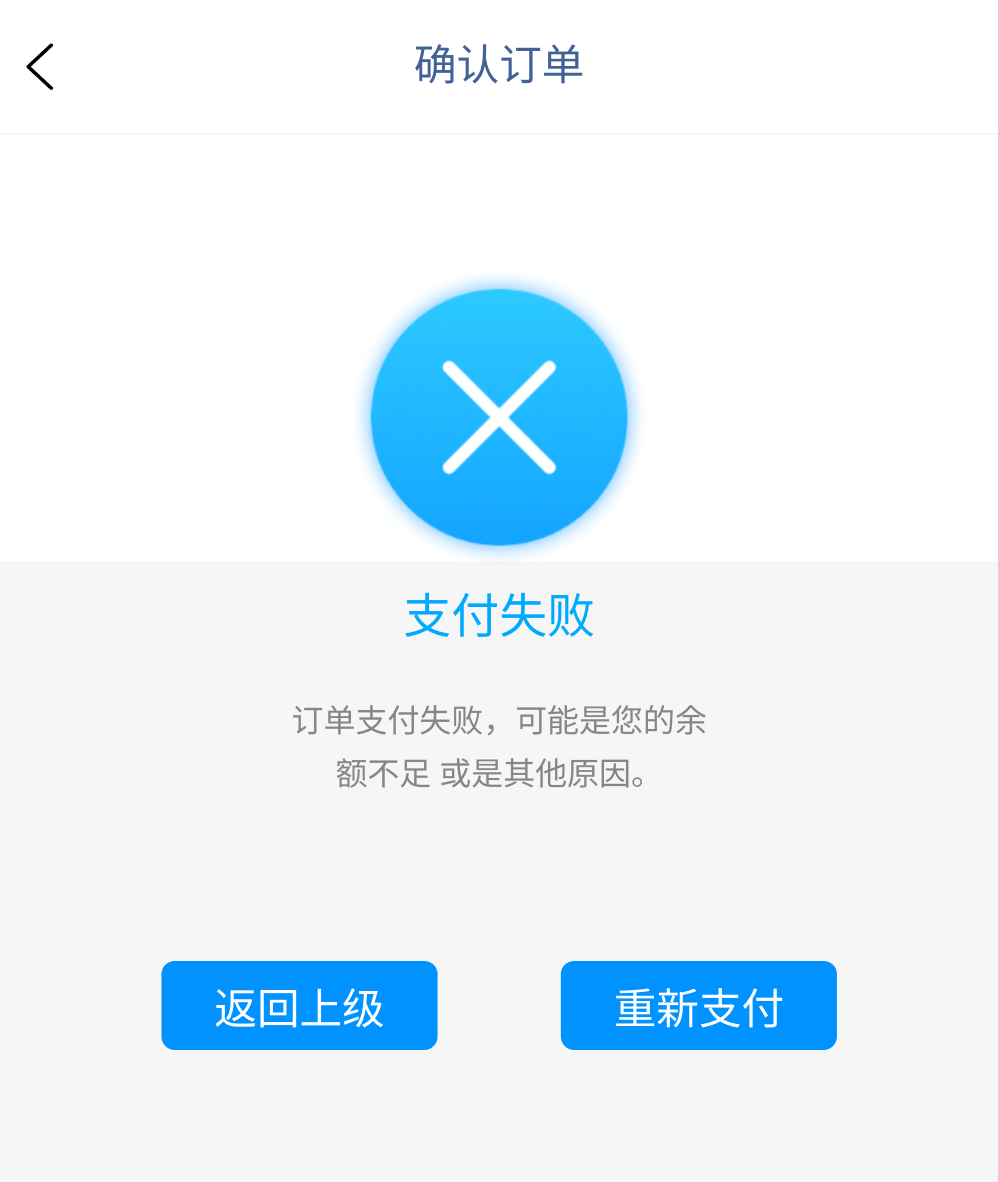
Repository: 421538074/sell
Page: consumer/confirm-order.html
The author's editor kept a copy of each file at every save. The page is drawn from the files as they stood at one save, then again after the next save.
The browser window is 1280 px wide. The pictures show the whole page, at 78% of full size.

Above is the page before, as saved 2019-05-31 15:47:25.

After the next save:
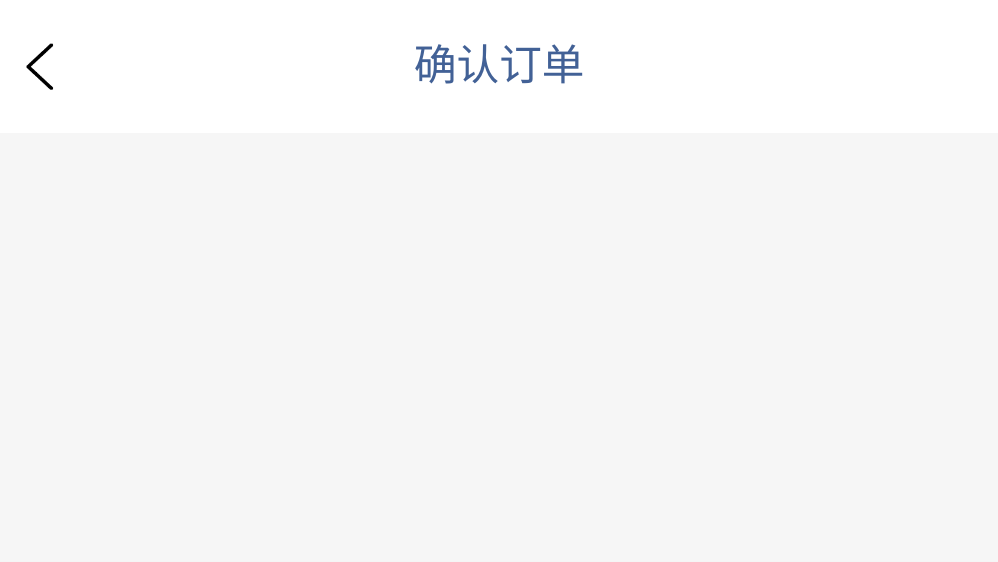
Saved 8 s later.
--- a/consumer/confirm-order.html
+++ b/consumer/confirm-order.html
@@ -17,17 +17,6 @@
             <img src="../img/back.png" class="back-icon">
             <p class="nav-bar-title">确认订单</p>
         </nav>
-        <div class="order-fail-wrapper">
-            <img src="../img/order-fail.png" class="order-success-icon">
-            <p class="order-fail-title">支付失败</p>
-            <p class="order-fail-info">订单支付失败，可能是您的余额不足
-                或是其他原因。</p>
-            <div class="operation-group">
-                <button @click="back" class="go-back">返回上级</button>
-                <button @click="rePay" class="re-pay">重新支付</button>
-            </div>
-        </div>
-
     </div>
     <script src="../js/api.js"></script>
     <script src="../js/jquery.min.js"></script>
